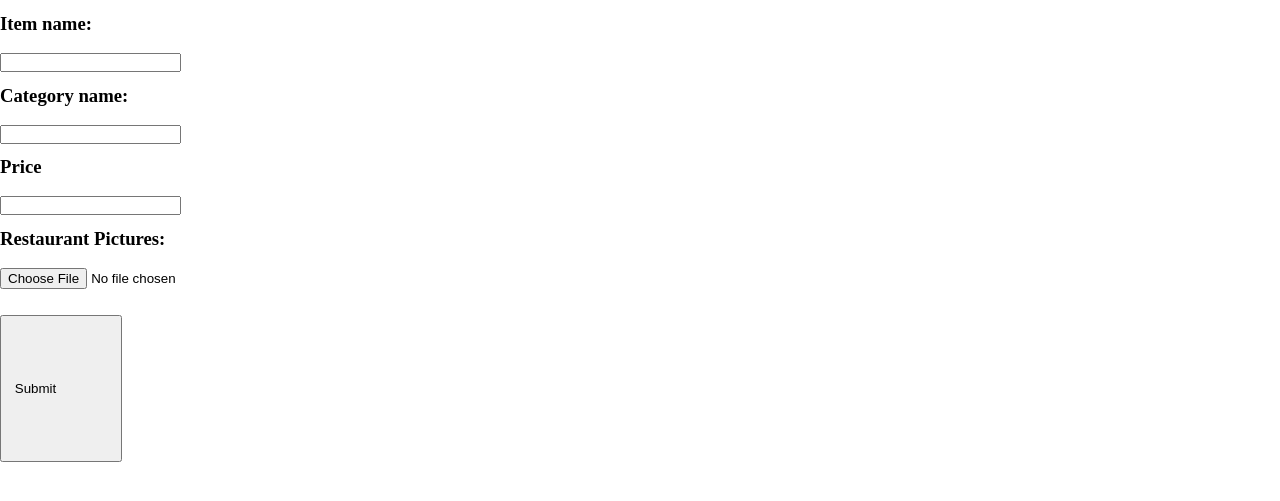
Repository: jatannoury/Ecommerce-Laravel-Electron
Page: Admin-electron/src/HTML/add_item.html
The author's editor kept a copy of each file at every save. The page is drawn from the files as they stood at one save, then again after the next save.
The browser window is 1280 px wide. The pictures show the whole page.

Above is the page before, as saved 2022-06-10 22:50:36.

After the next save:
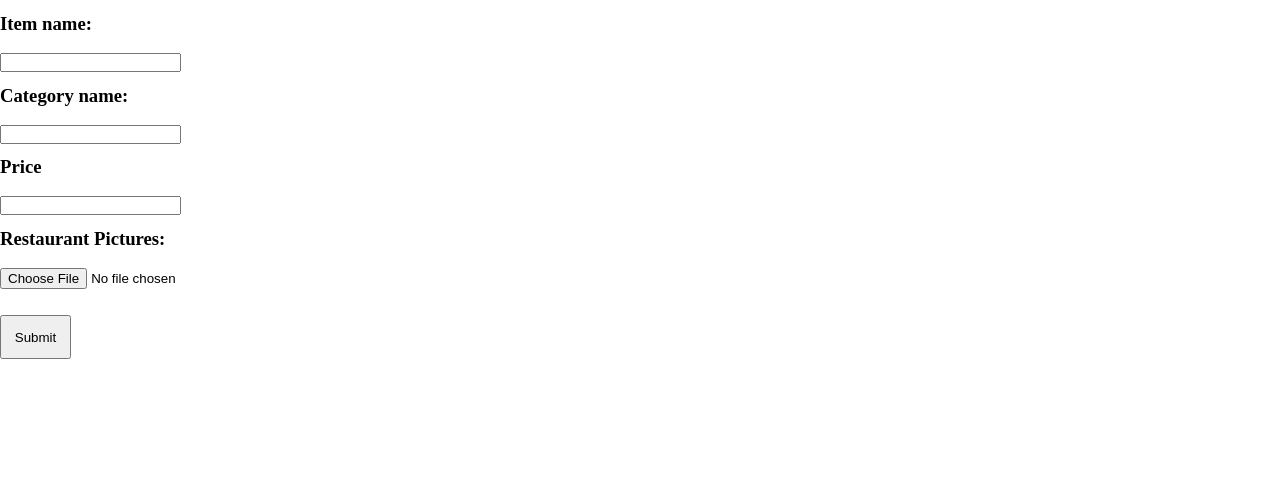
Saved 7 s later.
--- a/Admin-electron/src/CSS/styles.css
+++ b/Admin-electron/src/CSS/styles.css
@@ -29,5 +29,5 @@
 .submit{
     margin-top: 2%;
 
-    padding: 5% 5% 5% 1%;
+    padding: 1% 1% 1% 1%;
 }
